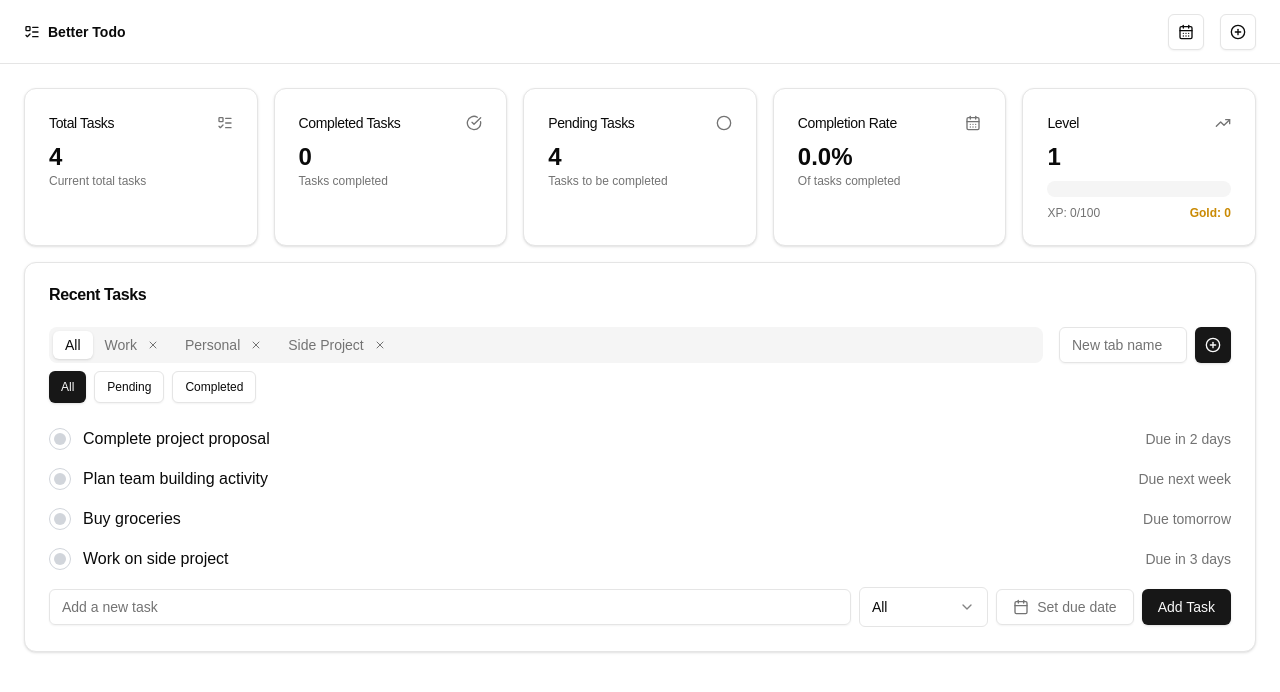
Repository: malikbarbier7/better-todo
Page: /dashboard
The author's editor kept a copy of each file at every save. The page is drawn from the files as they stood at one save, then again after the next save.
The browser window is 1280 px wide. The pictures show the whole page.
The project was rebuilt for these pictures with package versions that can differ from the ones it lists, and the page was loaded fresh each time. The framework's server and built-in components were replaced by stand-ins that run in the browser. Also part of the build but not shown: next.config.js, next.config.mjs, components/ui/calendar.tsx.

Above is the page before, as saved 2024-10-04 13:52:54.

After the next save:
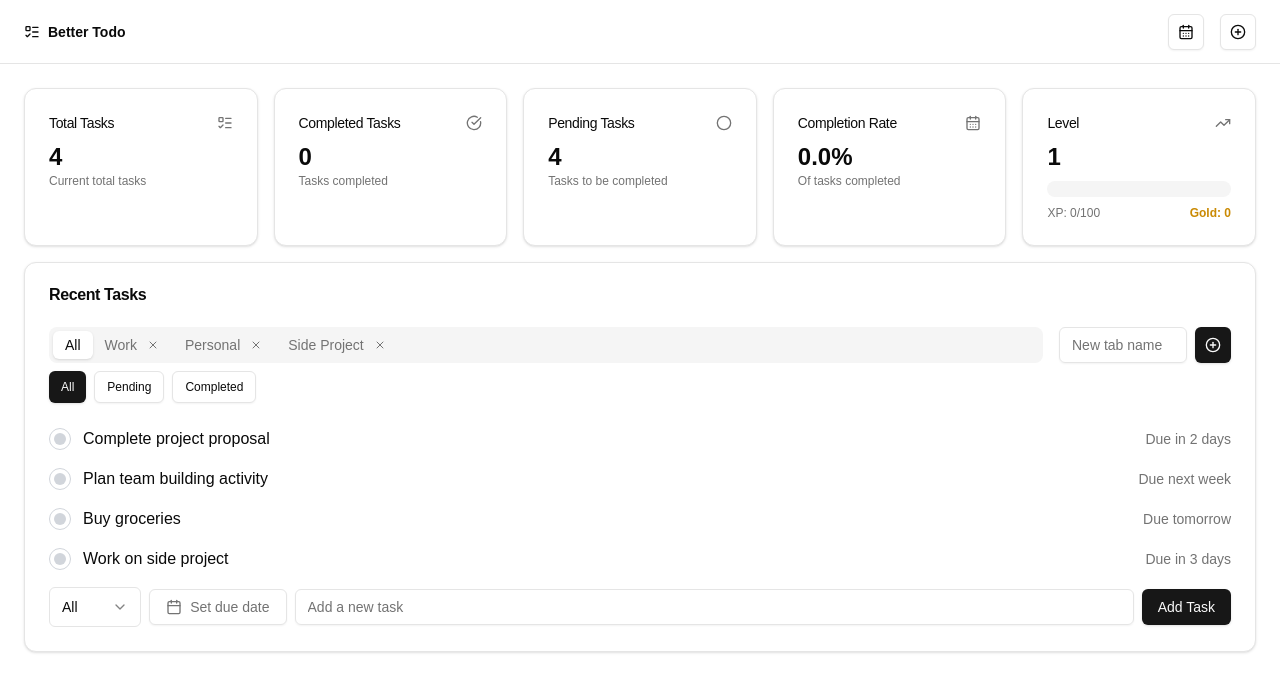
Saved 2 min 26 s later.
--- a/components/dashboard.tsx
+++ b/components/dashboard.tsx
@@ -276,7 +276,7 @@
           <CardContent>
             <Tabs value={activeTab} onValueChange={(value) => {
               setActiveTab(value);
-              setNewTaskSpace(value); // Mettre à jour newTaskSpace ici aussi
+              setNewTaskSpace(value); // Mettre �� jour newTaskSpace ici aussi
             }} className="w-full">
               <div className="flex flex-col">
                 <div className="mb-4">
@@ -368,18 +368,12 @@
                         ))}
                       </div>
                       <form onSubmit={handleAddTask} className="mt-4 flex items-center space-x-2">
-                        <Input
-                          placeholder="Add a new task"
-                          value={newTaskName}
-                          onChange={(e) => setNewTaskName(e.target.value)}
-                          className="flex-grow"
-                        />
                         <Select
                           value={tabs.includes(newTaskSpace) ? newTaskSpace : 'All'}
                           onValueChange={setNewTaskSpace}
                         >
-                          <SelectTrigger className="w-[180px]">
-                            <SelectValue placeholder="Select space" />
+                          <SelectTrigger className="w-[120px]">
+                            <SelectValue placeholder="Space" />
                           </SelectTrigger>
                           <SelectContent>
                             {tabs.map((tab) => (
@@ -387,12 +381,13 @@
                             ))}
                           </SelectContent>
                         </Select>
+
                         <Popover>
                           <PopoverTrigger asChild>
                             <Button
                               variant={"outline"}
                               className={cn(
-                                "w-[180px] justify-start text-left font-normal",
+                                "w-[140px] justify-start text-left font-normal",
                                 !newTaskDueDate && "text-muted-foreground"
                               )}
                             >
@@ -409,6 +404,14 @@
                             />
                           </PopoverContent>
                         </Popover>
+
+                        <Input
+                          placeholder="Add a new task"
+                          value={newTaskName}
+                          onChange={(e) => setNewTaskName(e.target.value)}
+                          className="flex-grow"
+                        />
+
                         <Button type="submit">Add Task</Button>
                       </form>
                     </TabsContent>

After the save that followed:
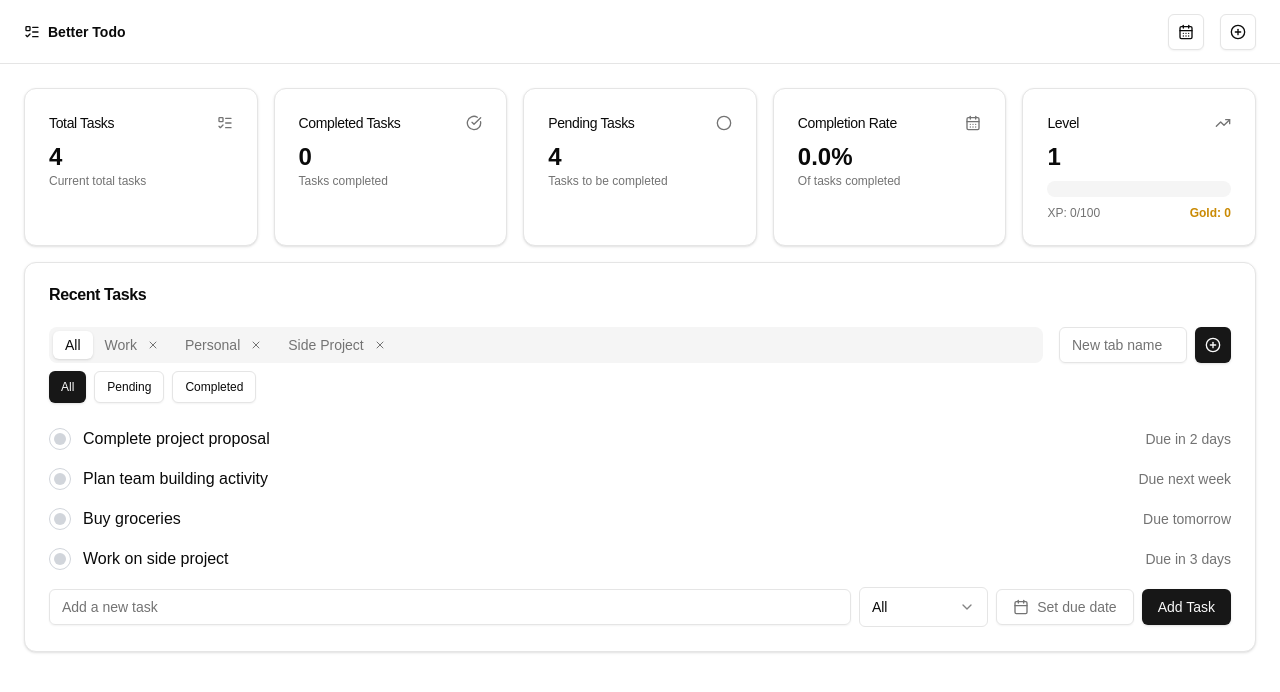
Saved 77 s later.
--- a/components/dashboard.tsx
+++ b/components/dashboard.tsx
@@ -276,7 +276,7 @@
           <CardContent>
             <Tabs value={activeTab} onValueChange={(value) => {
               setActiveTab(value);
-              setNewTaskSpace(value); // Mettre �� jour newTaskSpace ici aussi
+              setNewTaskSpace(value); // Mettre  jour newTaskSpace ici aussi
             }} className="w-full">
               <div className="flex flex-col">
                 <div className="mb-4">
@@ -368,12 +368,18 @@
                         ))}
                       </div>
                       <form onSubmit={handleAddTask} className="mt-4 flex items-center space-x-2">
+                        <Input
+                          placeholder="Add a new task"
+                          value={newTaskName}
+                          onChange={(e) => setNewTaskName(e.target.value)}
+                          className="flex-grow"
+                        />
                         <Select
                           value={tabs.includes(newTaskSpace) ? newTaskSpace : 'All'}
                           onValueChange={setNewTaskSpace}
                         >
-                          <SelectTrigger className="w-[120px]">
-                            <SelectValue placeholder="Space" />
+                          <SelectTrigger className="w-[180px]">
+                            <SelectValue placeholder="Select space" />
                           </SelectTrigger>
                           <SelectContent>
                             {tabs.map((tab) => (
@@ -381,13 +387,12 @@
                             ))}
                           </SelectContent>
                         </Select>
-
                         <Popover>
                           <PopoverTrigger asChild>
                             <Button
                               variant={"outline"}
                               className={cn(
-                                "w-[140px] justify-start text-left font-normal",
+                                "w-[180px] justify-start text-left font-normal",
                                 !newTaskDueDate && "text-muted-foreground"
                               )}
                             >
@@ -404,14 +409,6 @@
                             />
                           </PopoverContent>
                         </Popover>
-
-                        <Input
-                          placeholder="Add a new task"
-                          value={newTaskName}
-                          onChange={(e) => setNewTaskName(e.target.value)}
-                          className="flex-grow"
-                        />
-
                         <Button type="submit">Add Task</Button>
                       </form>
                     </TabsContent>
